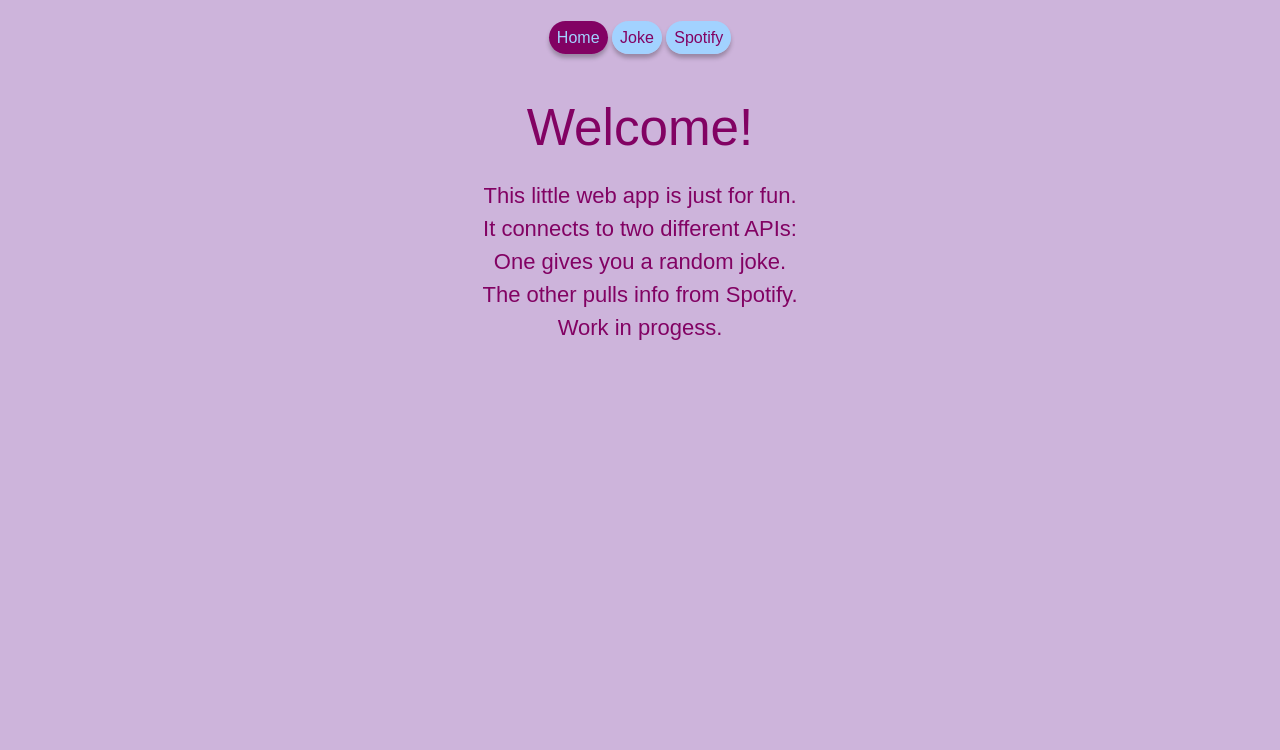
Repository: rosieomusic/spotify-react
Page: /
These files come from the project's save history. The page is drawn as it stood at one moment and after the next save; the edit follows.
The browser window is 1280 px wide. The pictures show the whole page.
Some web fonts or font styles are not loaded; a fallback is used. The project was rebuilt for these pictures with package versions that can differ from the ones it lists, and the page was loaded fresh each time. Settings that the repository does not hold, such as keys and server addresses, were given made-up values. Also part of the build but not shown: vite.config.js, src/services/SpotifyService.js, src/components/AlbumComponent.jsx, src/pages/SpotifyPage.jsx, src/services/JokeService.js, src/pages/JokePage.jsx.

Above is the page before, as saved 2025-05-23 00:07:49.

After the next save:
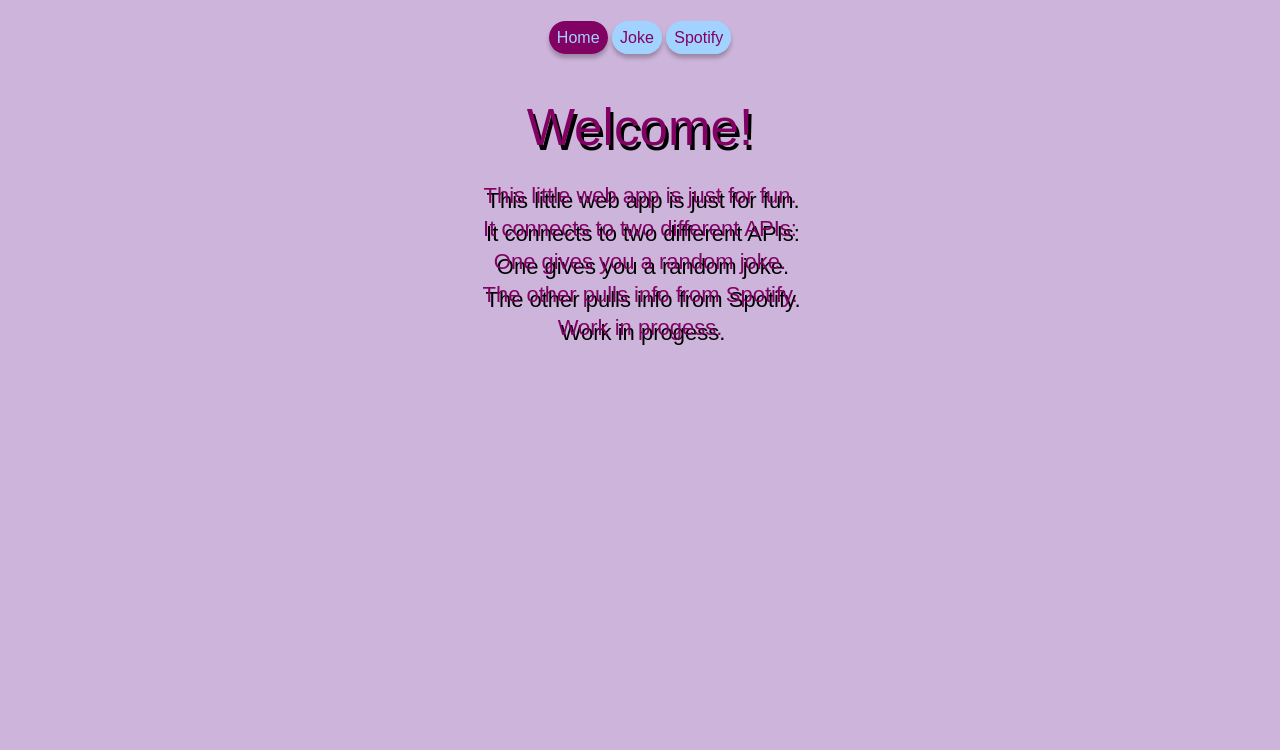
Saved 44 s later.
--- a/src/App.css
+++ b/src/App.css
@@ -96,13 +96,13 @@ p {
 	text-align: center;
 	align-self: center;
 	margin-bottom: 20px;
+	text-shadow: black 3px 5px;
 }
 li {
 	list-style-type: none;
 	line-height: normal;
 	white-space: normal;
 	word-break: break-word;
-
 	margin-top: 0;
 }
 h2 {
